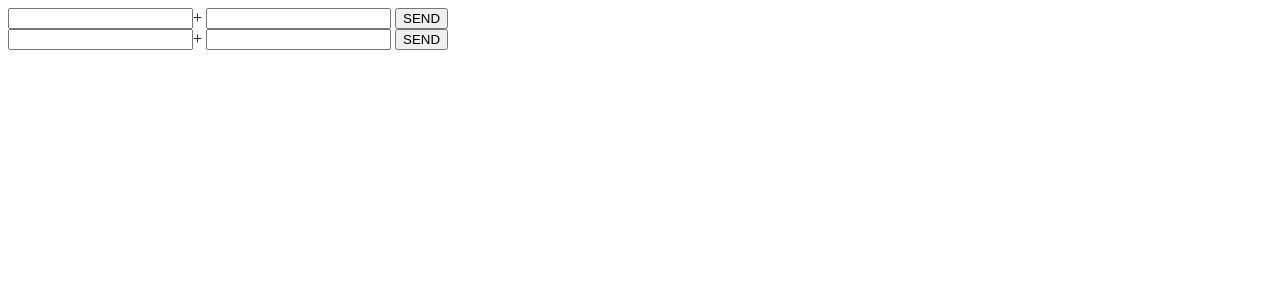
Repository: DongGeunLee99/SMHRD_
Page: 08_JSP/Ex00_Servlet/src/main/webapp/Ex03_Plus.html
An editor plug-in stored every save of this project. The page is shown before and after the next save, followed by the edit.
The browser window is 1280 px wide. The pictures show the whole page.

Above is the page before, as saved 2025-03-12 01:13:55.

After the next save:
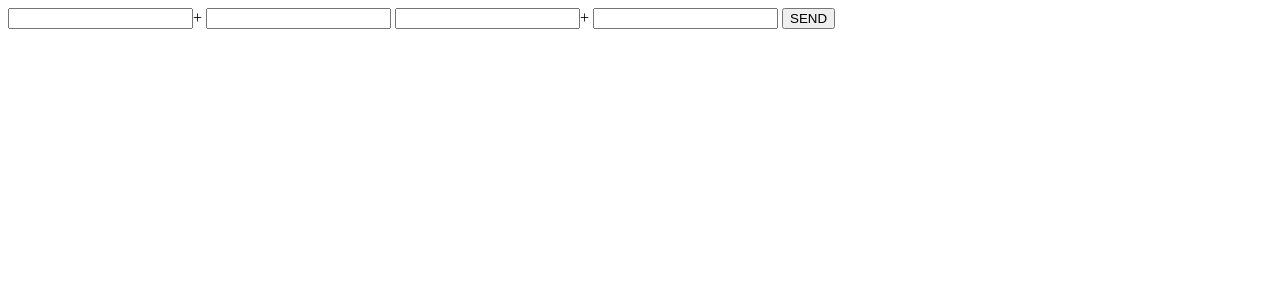
Saved 22 s later.
--- a/08_JSP/Ex00_Servlet/src/main/webapp/Ex03_Plus.html
+++ b/08_JSP/Ex00_Servlet/src/main/webapp/Ex03_Plus.html
@@ -8,10 +8,6 @@
 	<form action="Ex03_Plus">
 		<input type='text' name='num1'>+
 		<input type='text' name='num2'>
-		<input type='submit' value="SEND">
-
-	</form>
-	<form action="Ex03_Plus">
 		<input type='number' name='num11'>+
 		<input type='number' name='num22'>
 		<input type='submit' value="SEND">
